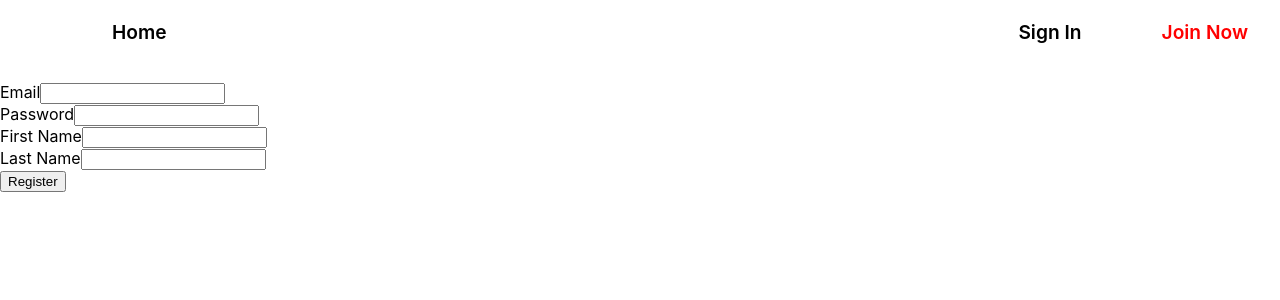
Repository: MikkyPrestige/fake-user-authentication
Page: /register
The author's editor kept a copy of each file at every save. The page is drawn from the files as they stood at one save, then again after the next save.
The browser window is 1280 px wide. The pictures show the whole page.
The project was rebuilt for these pictures with package versions that can differ from the ones it lists, and the page was loaded fresh each time. Also part of the build but not shown: src/assets/styles/home.css, src/components/home.jsx.

Above is the page before, as saved 2022-11-20 00:17:45.

After the next save:
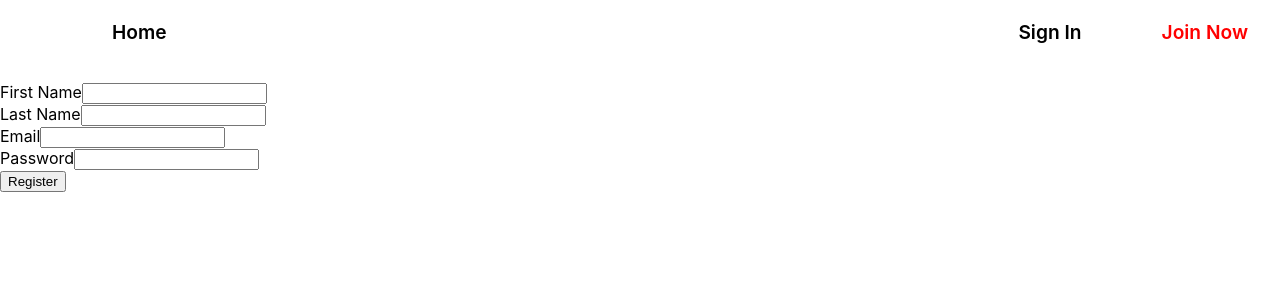
Saved 2 min 35 s later.
--- a/src/components/register.jsx
+++ b/src/components/register.jsx
@@ -4,10 +4,10 @@ import React from "react";
 import { useState } from "react";
 
 const Register = () => {
+  const [firstName, setFirstName] = useState("");
+  const [lastName, setLastName] = useState("");
   const [email, setEmail] = useState("");
   const [password, setPassword] = useState("");
-  const [firstName, setFirstName] = useState("");
-  const [lastName, setLastName] = useState("");
 
   const handleSubmit = (e) => {
     e.preventDefault();
@@ -19,6 +19,28 @@ const Register = () => {
       <div className="register__content">
         <h1 className="register__title">Register</h1>
         <form className="register__form" onSubmit={handleSubmit}>
+        <div className="register__form--group">
+            <label className="register__form--label" htmlFor="firstName">
+              First Name
+            </label>
+            <input
+              className="register__form--input"
+              type="text"
+              id="firstName"
+              onChange={(e) => setFirstName(e.target.value)}
+            />
+          </div>
+          <div className="register__form--group">
+            <label className="register__form--label" htmlFor="lastName">
+              Last Name
+            </label>
+            <input
+              className="register__form--input"
+              type="text"
+              id="lastName"
+              onChange={(e) => setLastName(e.target.value)}
+            />
+          </div>
           <div className="register__form--group">
             <label className="register__form--label" htmlFor="email">
               Email
@@ -41,28 +63,6 @@ const Register = () => {
               onChange={(e) => setPassword(e.target.value)}
             />
           </div>
-          <div className="register__form--group">
-            <label className="register__form--label" htmlFor="firstName">
-              First Name
-            </label>
-            <input
-              className="register__form--input"
-              type="text"
-              id="firstName"
-              onChange={(e) => setFirstName(e.target.value)}
-            />
-          </div>
-          <div className="register__form--group">
-            <label className="register__form--label" htmlFor="lastName">
-              Last Name
-            </label>
-            <input
-              className="register__form--input"
-              type="text"
-              id="lastName"
-              onChange={(e) => setLastName(e.target.value)}
-            />
-          </div>
           <button className="register__form--button">Register</button>
         </form>
       </div>
